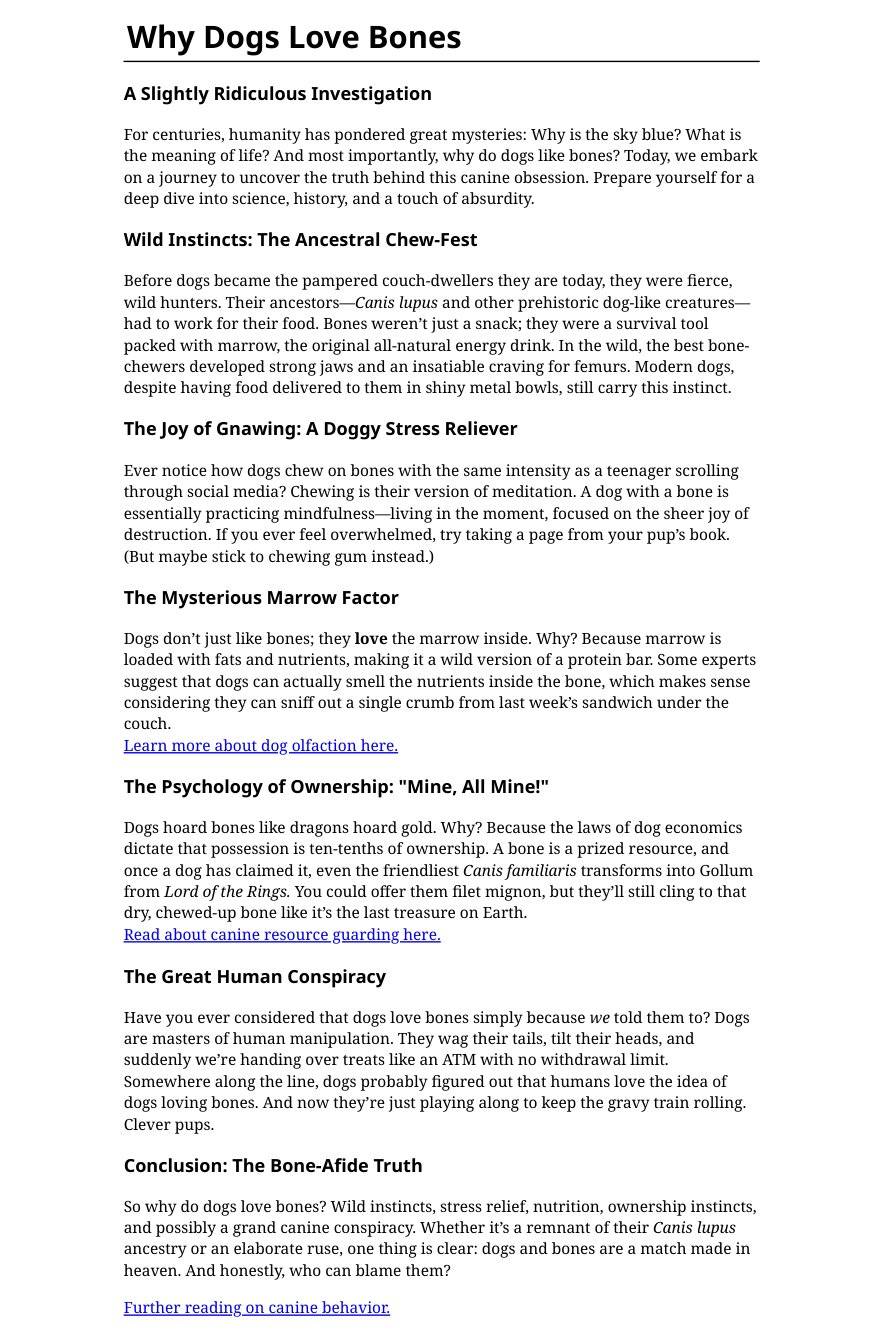
Repository: Leith-vdl/apprentice-challenge-1
Page: index.html
These files come from the project's save history. The page is drawn as it stood at one moment and after the next save; the edit follows.
The browser window is 1280 px wide. The pictures show the whole page, at 69% of full size.

Above is the page before, as saved 2025-01-31 15:21:32.

After the next save:
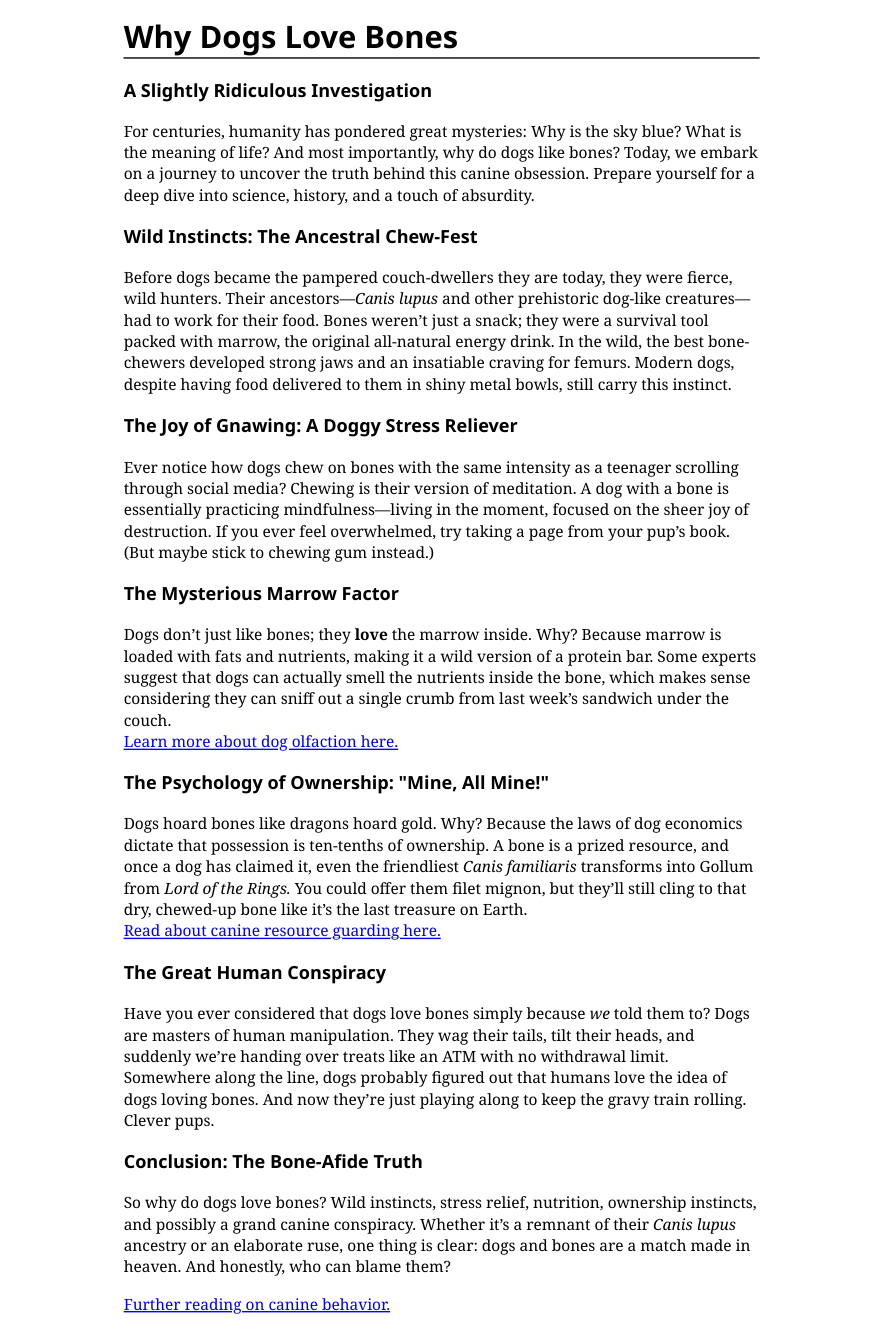
Saved 2 min 54 s later.
--- a/styles/styles.css
+++ b/styles/styles.css
@@ -9,7 +9,7 @@
 }
 
 h1.page-header-title {
-    margin: 5px;
+    margin: 0;
 }
 
 h1.page-header-title, h3.section-title {

After the save that followed:
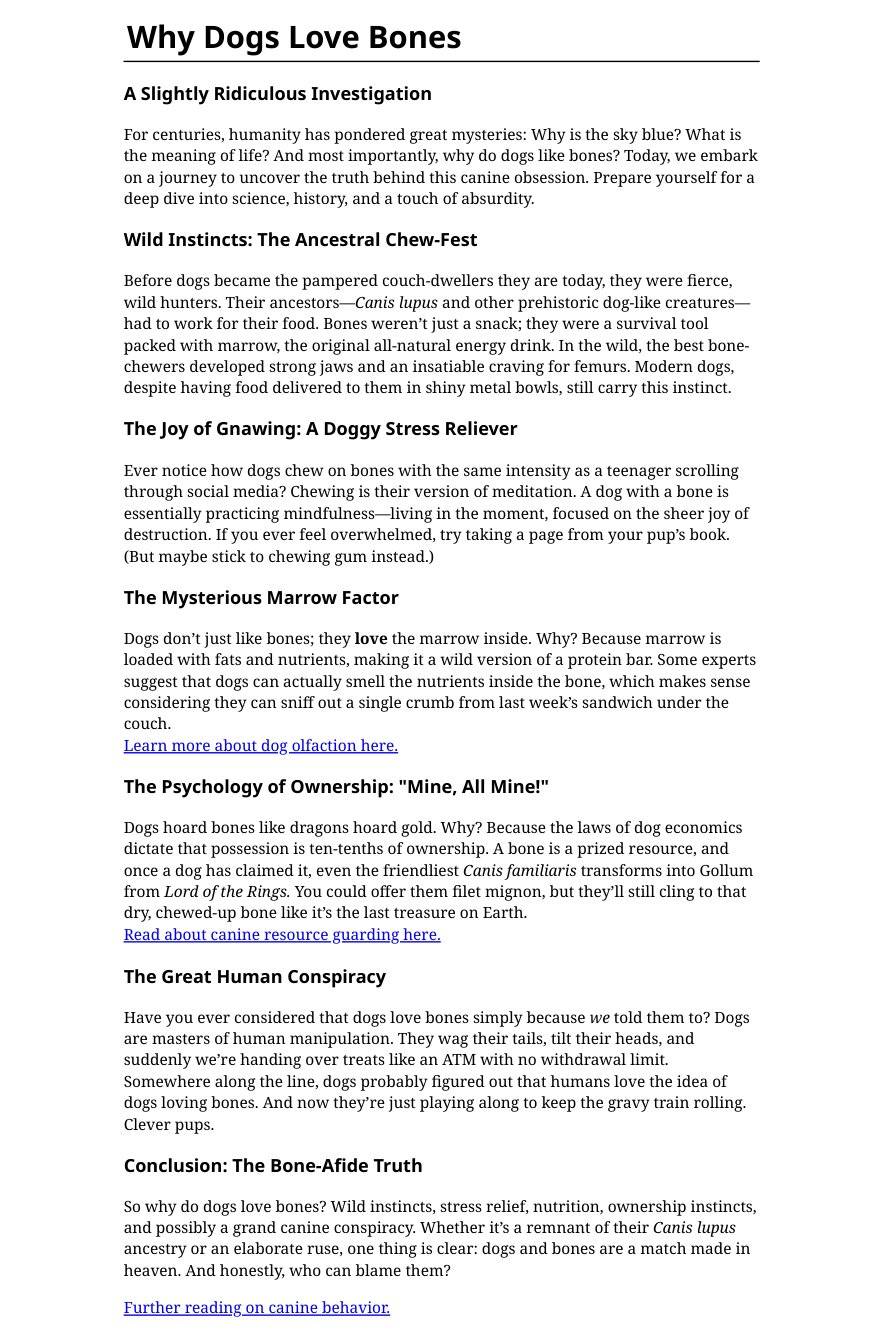
Saved 7 s later.
--- a/styles/styles.css
+++ b/styles/styles.css
@@ -9,7 +9,7 @@
 }
 
 h1.page-header-title {
-    margin: 0;
+    margin: 5px;
 }
 
 h1.page-header-title, h3.section-title {
